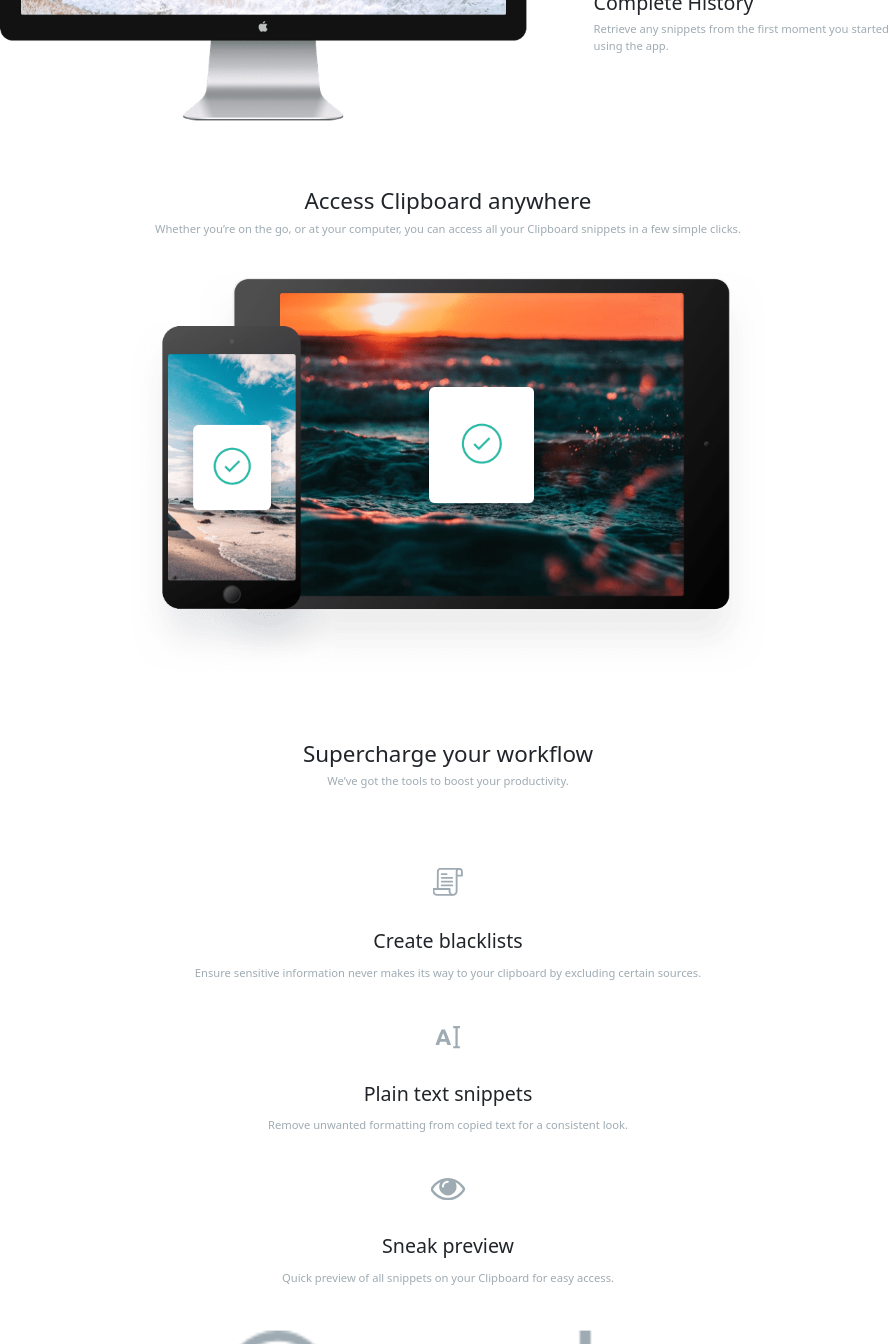
Repository: blordeus/clipboard-landing-page-master
Page: index.html
These files come from the project's save history. The page is drawn as it stood at one moment and after the next save; the edit follows.
The browser window is 1280 px wide. The pictures show the part of the page from y = 1067 to 2987 px (the page is 5197 px tall before and 5173 px after), at 70% of full size.
Some web fonts or font styles are not loaded; a fallback is used. The style sheet was rebuilt from its Sass, Less or Tailwind sources for each picture, by a compiler version that may differ from the author's.

Above is the page before, as saved 2023-09-04 16:09:10.

After the next save:
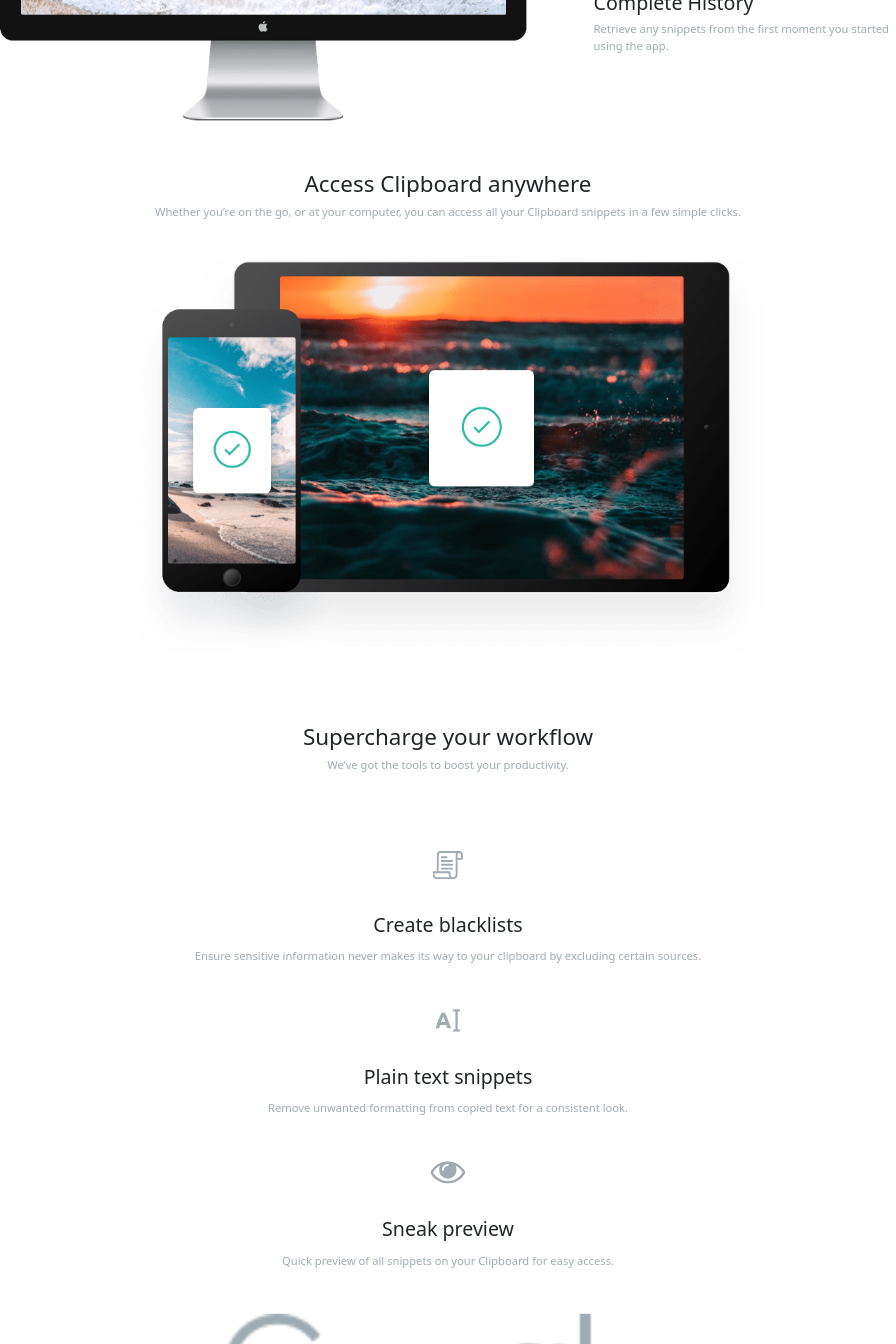
Saved 59 s later.
--- a/index.html
+++ b/index.html
@@ -53,7 +53,7 @@
       </div>
     </section>
 
-    <section class="py-5 mx-4">
+    <section class="py-5 mx-4 pt-md-4">
       <h2>Access Clipboard anywhere</h2>
       <p class="mb-5">
         Whether you’re on the go, or at your computer, you can access all your Clipboard

After the save that followed:
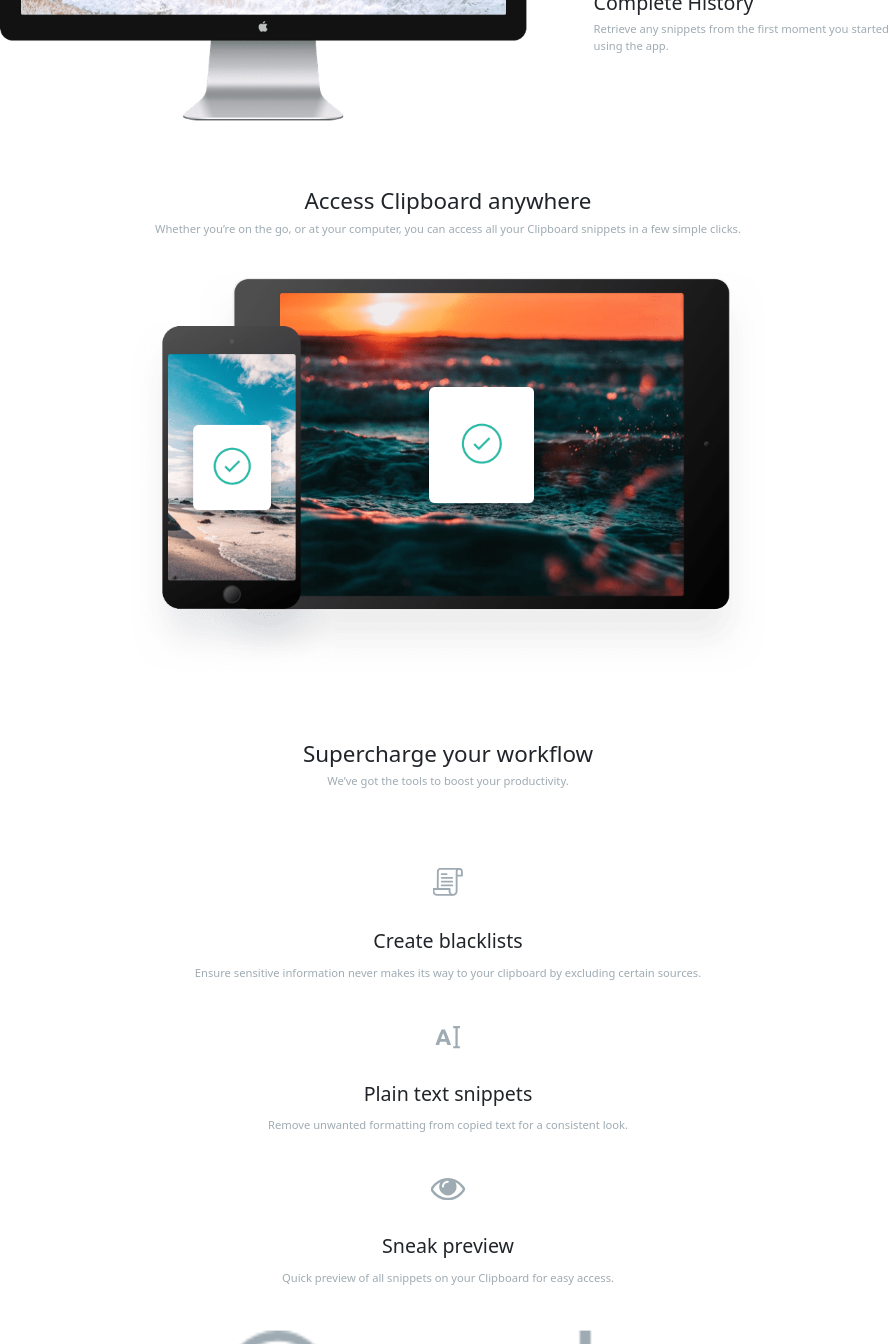
Saved 5 s later.
--- a/index.html
+++ b/index.html
@@ -53,7 +53,7 @@
       </div>
     </section>
 
-    <section class="py-5 mx-4 pt-md-4">
+    <section class="py-5 mx-4">
       <h2>Access Clipboard anywhere</h2>
       <p class="mb-5">
         Whether you’re on the go, or at your computer, you can access all your Clipboard
